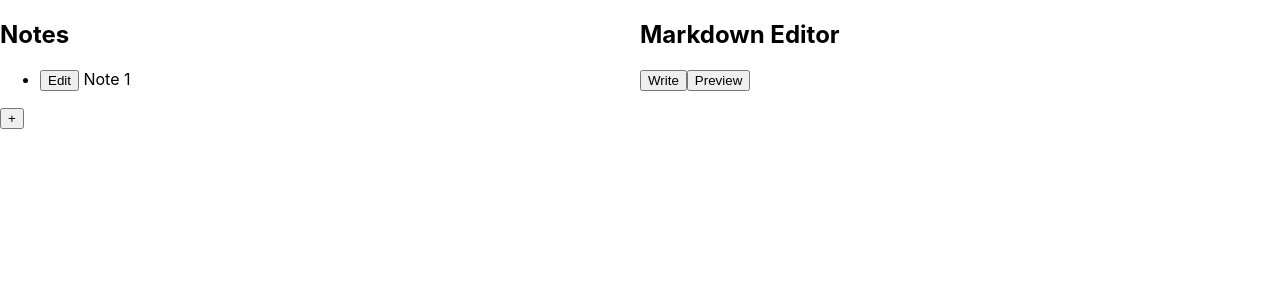
Repository: sriram1224/markdown_editor
Page: /
These files come from the project's save history. The page is drawn as it stood at one moment and after the next save; the edit follows.
The browser window is 1280 px wide. The pictures show the whole page.
The project was rebuilt for these pictures with package versions that can differ from the ones it lists, and the page was loaded fresh each time.

Above is the page before, as saved 2024-04-22 20:06:04.

### src/App.js

import MarkdownEditor from './Components/Markdown';
function App() {
  return (
    <div>
     <MarkdownEditor />
    </div>
  );
}

export default App;

### src/Components/Markdown.js
import React, { useState } from 'react';
import ReactMarkdown from 'react-markdown';

const MarkdownEditor = () => {
  const [notes, setNotes] = useState([{ id: 1, content: '' }]);
  const [currentNoteId, setCurrentNoteId] = useState(1);
  const [markdownContent, setMarkdownContent] = useState('');
  const [showEditor, setShowEditor] = useState(false);

  const handleNoteAdd = () => {
    const newNoteId = currentNoteId + 1;
    setNotes([...notes, { id: newNoteId, content: '' }]);
    setCurrentNoteId(newNoteId);
    setMarkdownContent('');
    setShowEditor(true);
  };

  const handleNoteChange = (id, content) => {
    const updatedNotes = notes.map((note) =>
      note.id === id ? { ...note, content } : note
    );
    setNotes(updatedNotes);
  };

  const handleEditorChange = (content) => {
    setMarkdownContent(content);
    handleNoteChange(currentNoteId, content);
  };

  return (
    <div>
      <div style={{ float: 'left', width: '50%' }}>
        <h2>Notes</h2>
        <ul>
          {notes.map((note) => (
            <li key={note.id}>
              <button onClick={() => setCurrentNoteId(note.id)}>Edit</button> Note {note.id}
            </li>
          ))}
        </ul>
        <button onClick={handleNoteAdd}>+</button>
      </div>
      <div style={{ float: 'left', width: '50%' }}>
        <h2>Markdown Editor</h2>
        <div>
          <button onClick={() => setShowEditor(true)}>Write</button>
          <button onClick={() => setShowEditor(false)}>Preview</button>
        </div>
        {showEditor ? (
          <textarea
            value={markdownContent}
            onChange={(e) => handleEditorChange(e.target.value)}
            style={{ width: '100%', height: '300px' }}
          />
        ) : (
          <div>
            <ReactMarkdown>{notes.find(note => note.id === currentNoteId).content}</ReactMarkdown>
          </div>
        )}
      </div>
    </div>
  );
};

export default MarkdownEditor;

Loaded but not shown: public/index.html (common file); src/index.js (common file); src/index.css (common file); src/reportWebVitals.js (common file)

After the next save:
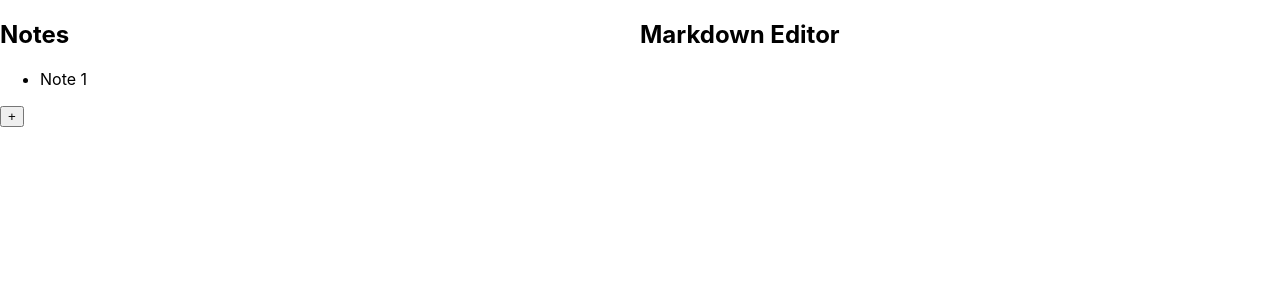
Saved 4 min 12 s later.
--- a/src/Components/Markdown.js
+++ b/src/Components/Markdown.js
@@ -27,14 +27,23 @@ const MarkdownEditor = () => {
     handleNoteChange(currentNoteId, content);
   };
 
+  const handleNoteClick = (id) => {
+    const note = notes.find(note => note.id === id);
+    if (note) {
+      setCurrentNoteId(id);
+      setMarkdownContent(note.content);
+      setShowEditor(true);
+    }
+  };
+
   return (
     <div>
       <div style={{ float: 'left', width: '50%' }}>
         <h2>Notes</h2>
         <ul>
           {notes.map((note) => (
-            <li key={note.id}>
-              <button onClick={() => setCurrentNoteId(note.id)}>Edit</button> Note {note.id}
+            <li key={note.id} onClick={() => handleNoteClick(note.id)}>
+              Note {note.id}
             </li>
           ))}
         </ul>
@@ -42,10 +51,6 @@ const MarkdownEditor = () => {
       </div>
       <div style={{ float: 'left', width: '50%' }}>
         <h2>Markdown Editor</h2>
-        <div>
-          <button onClick={() => setShowEditor(true)}>Write</button>
-          <button onClick={() => setShowEditor(false)}>Preview</button>
-        </div>
         {showEditor ? (
           <textarea
             value={markdownContent}
@@ -53,9 +58,7 @@ const MarkdownEditor = () => {
             style={{ width: '100%', height: '300px' }}
           />
         ) : (
-          <div>
-            <ReactMarkdown>{notes.find(note => note.id === currentNoteId).content}</ReactMarkdown>
-          </div>
+          <ReactMarkdown>{markdownContent}</ReactMarkdown>
         )}
       </div>
     </div>
